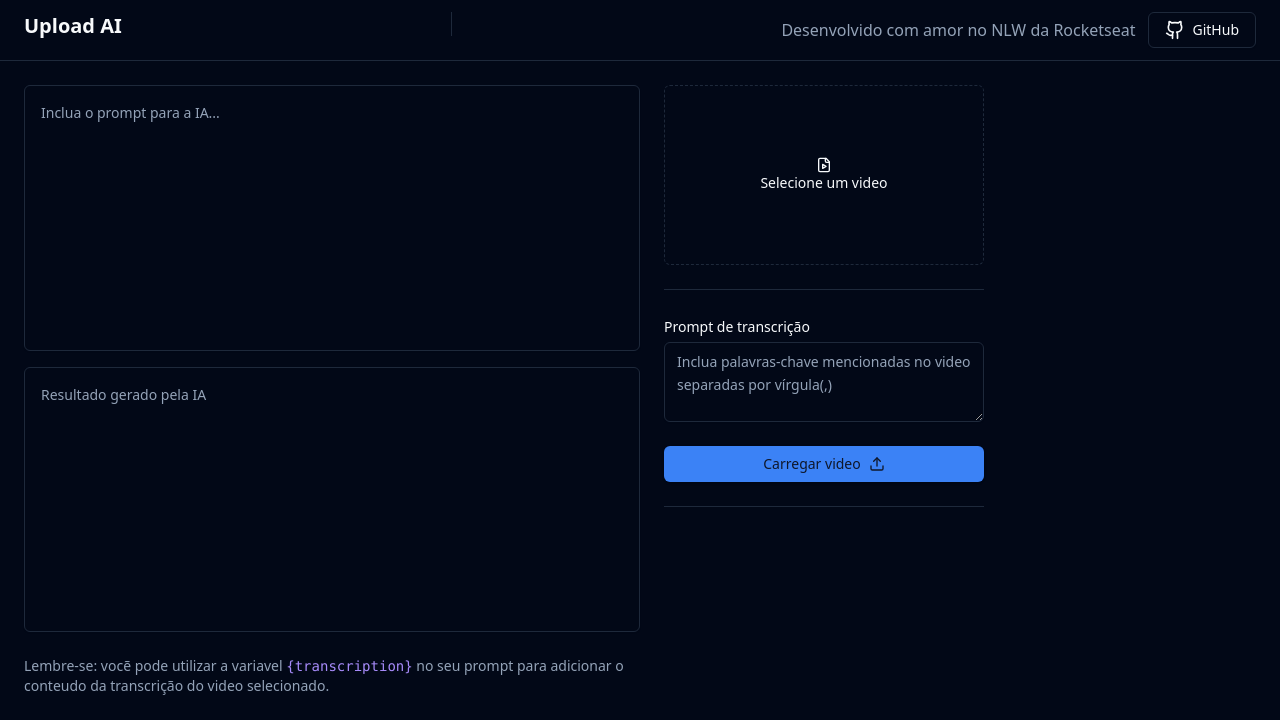
Repository: brksaian/nlw-2023-IA
Page: /
The author's editor kept a copy of each file at every save. The page is drawn from the files as they stood at one save, then again after the next save.
The browser window is 1280 px wide. The pictures show the whole page.
The project was rebuilt for these pictures with package versions that can differ from the ones it lists, and the page was loaded fresh each time. Also part of the build but not shown: vite.config.ts.

Above is the page before, as saved 2023-09-12 22:37:34.

After the next save:
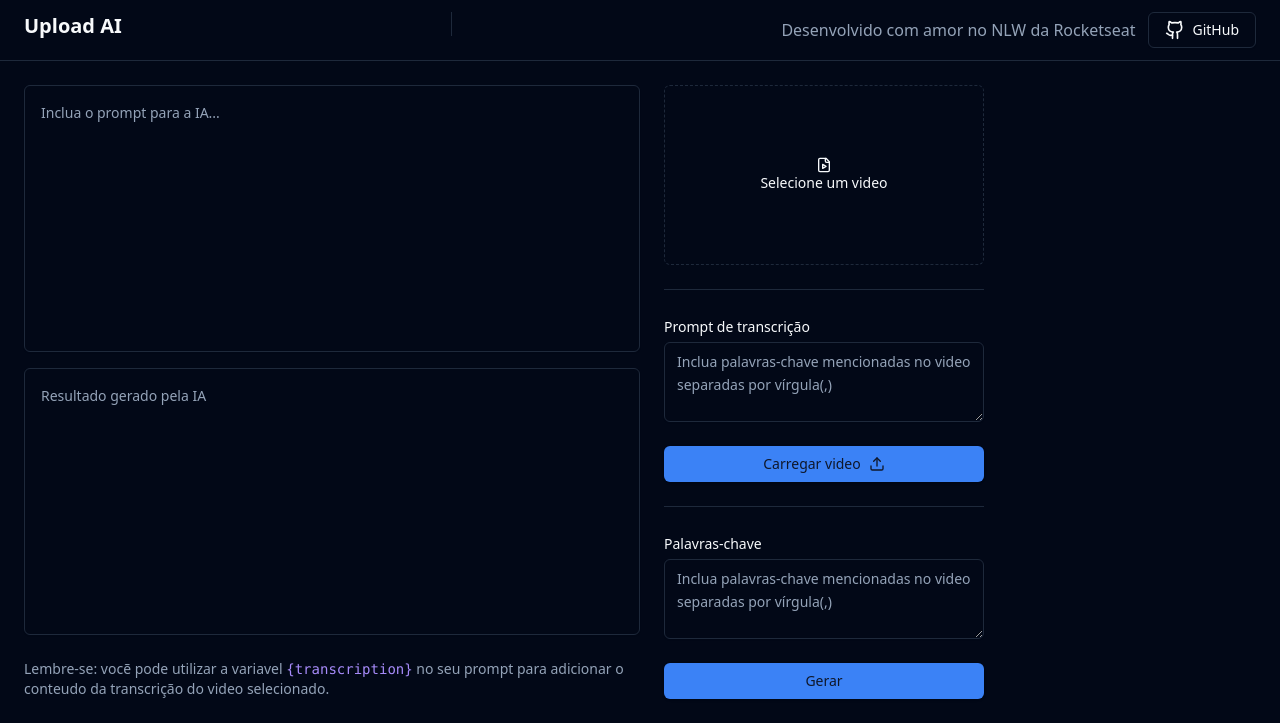
Saved 27 s later.
--- a/src/App.tsx
+++ b/src/App.tsx
@@ -80,7 +80,18 @@ export function App() {
 
           <Separator />
 
-          <form className="space-y-6"></form>
+          <form className="space-y-6">
+            <div className="space-y-1">
+              <Label htmlFor="keywords">Palavras-chave</Label>
+              <Textarea
+                id="keywords"
+                placeholder="Inclua palavras-chave mencionadas no video separadas por vírgula(,)"
+                className="min-h-20 leading-relaxed"
+              />
+            </div>
+
+            <Button className="w-full">Gerar</Button>
+          </form>
         </aside>
       </main>
     </div>
